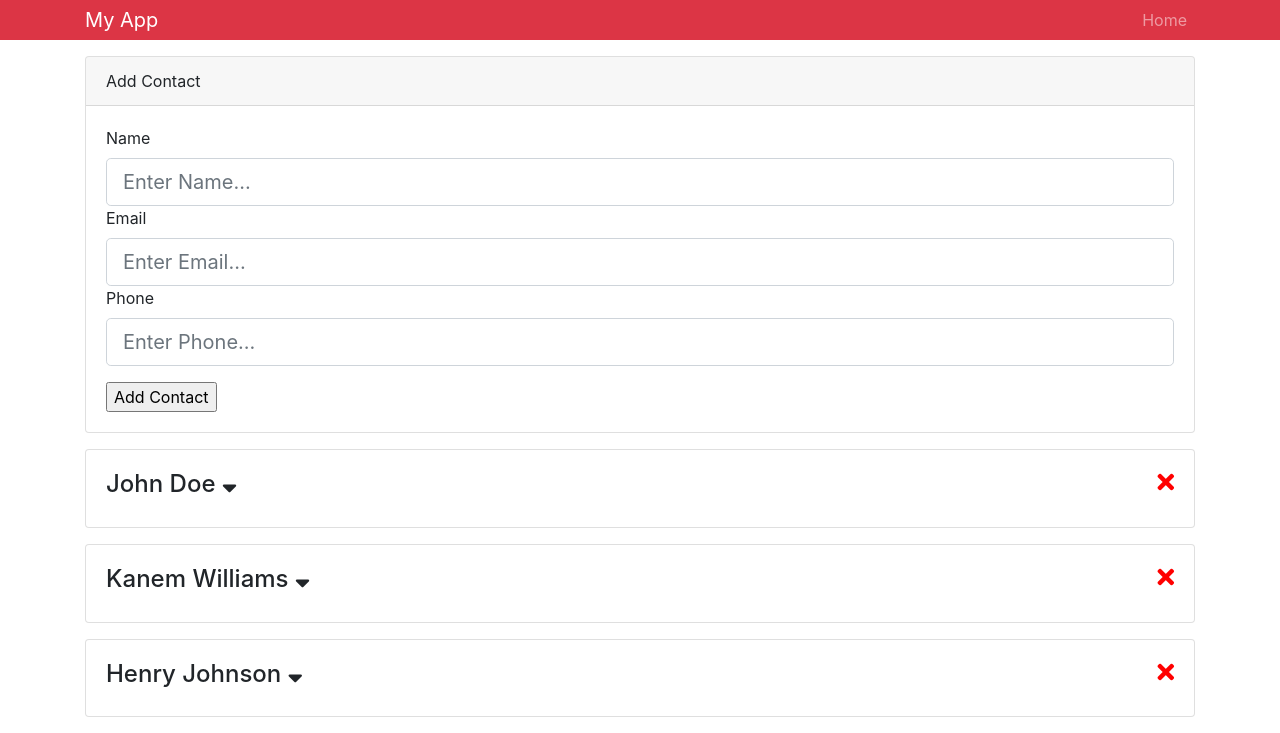
Repository: Mtbwka/contactmanager
Page: /
These files come from the project's save history. The page is drawn as it stood at one moment and after the next save; the edit follows.
The browser window is 1280 px wide. The pictures show the whole page.
Some web libraries are served in a nearby version. The project was rebuilt for these pictures with package versions that can differ from the ones it lists, and the page was loaded fresh each time.

Above is the page before, as saved 2019-05-08 17:57:35.

After the next save:
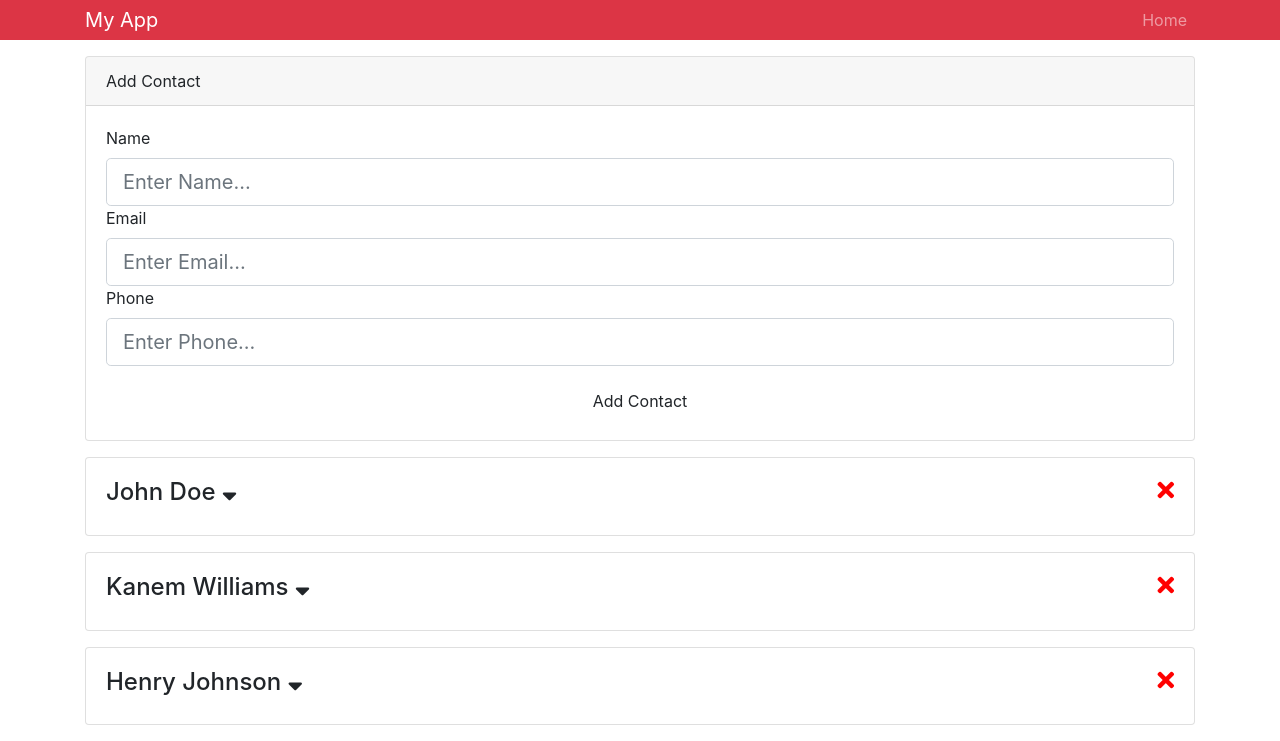
Saved 12 s later.
--- a/src/components/contacts/AddContact.js
+++ b/src/components/contacts/AddContact.js
@@ -36,7 +36,11 @@ class AddContact extends Component {
                 placeholder='Enter Phone...'
               />
             </div>
-            <input type='submit' value='Add Contact' />
+            <input
+              type='submit'
+              value='Add Contact'
+              className='btn btn-block'
+            />
           </form>
         </div>
       </div>
